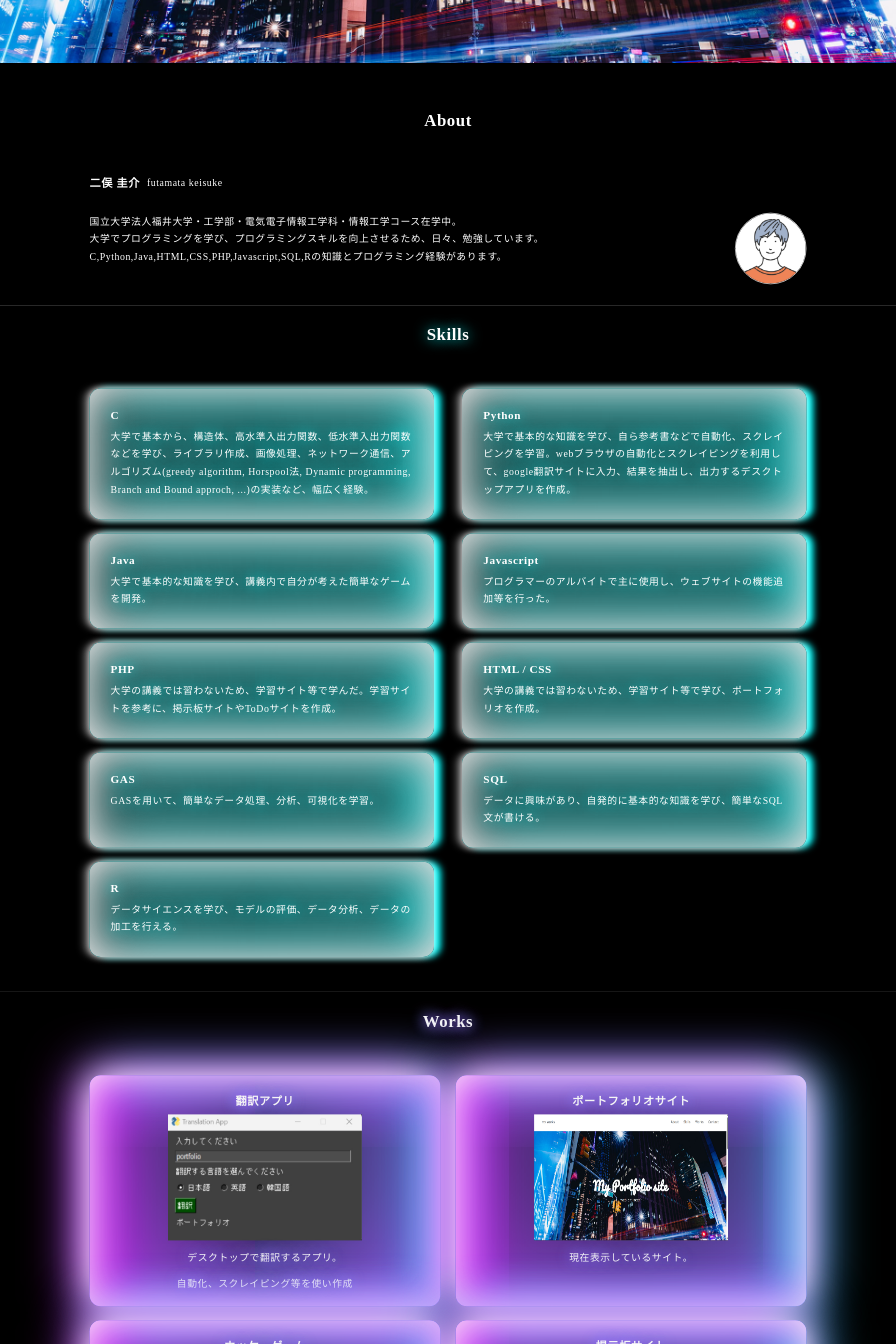
Repository: F-ksk/portfolio
Page: index.html
An editor plug-in stored every save of this project. The page is shown before and after the next save, followed by the edit.
The browser window is 1280 px wide. The pictures show the part of the page from y = 540 to 2460 px (the page is 3705 px tall), at 70% of full size.

Above is the page before, as saved 2023-11-13 01:13:18.

After the next save:
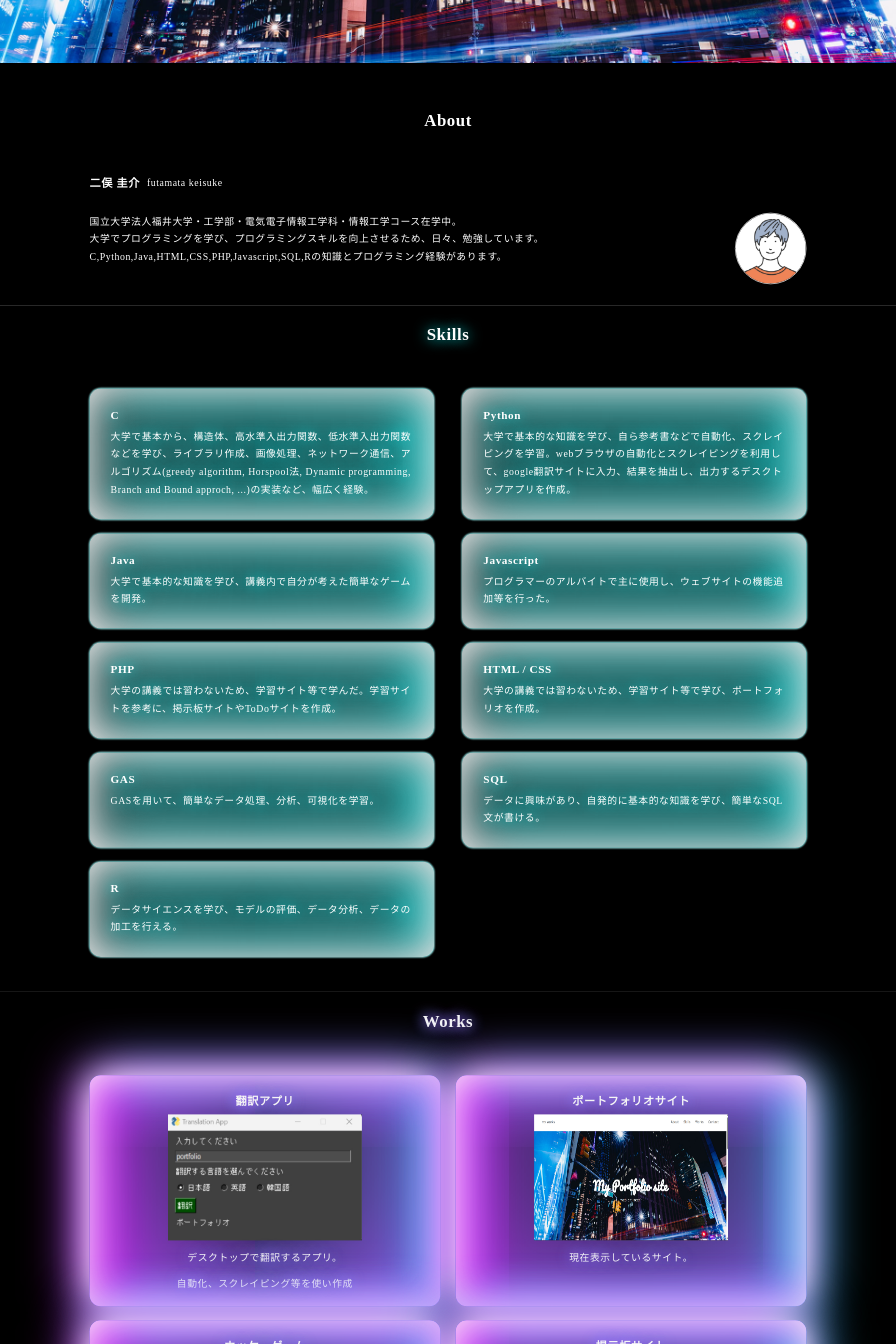
Saved 62 s later.
--- a/css/style.css
+++ b/css/style.css
@@ -155,9 +155,9 @@ section {
     inset -20px 0 80px #0ff,
     inset 20px 0 300px #444,
     inset -20px 0 300px #0ff,
-    0 0 10px #fff,
-    -10px 0 10px #444,
-    10px 0 10px #0ff;
+    0 0 3px #fff,
+    0px 0 3px #444,
+    0px 0 3px #0ff;
 }
 
 .skill-item:hover{
